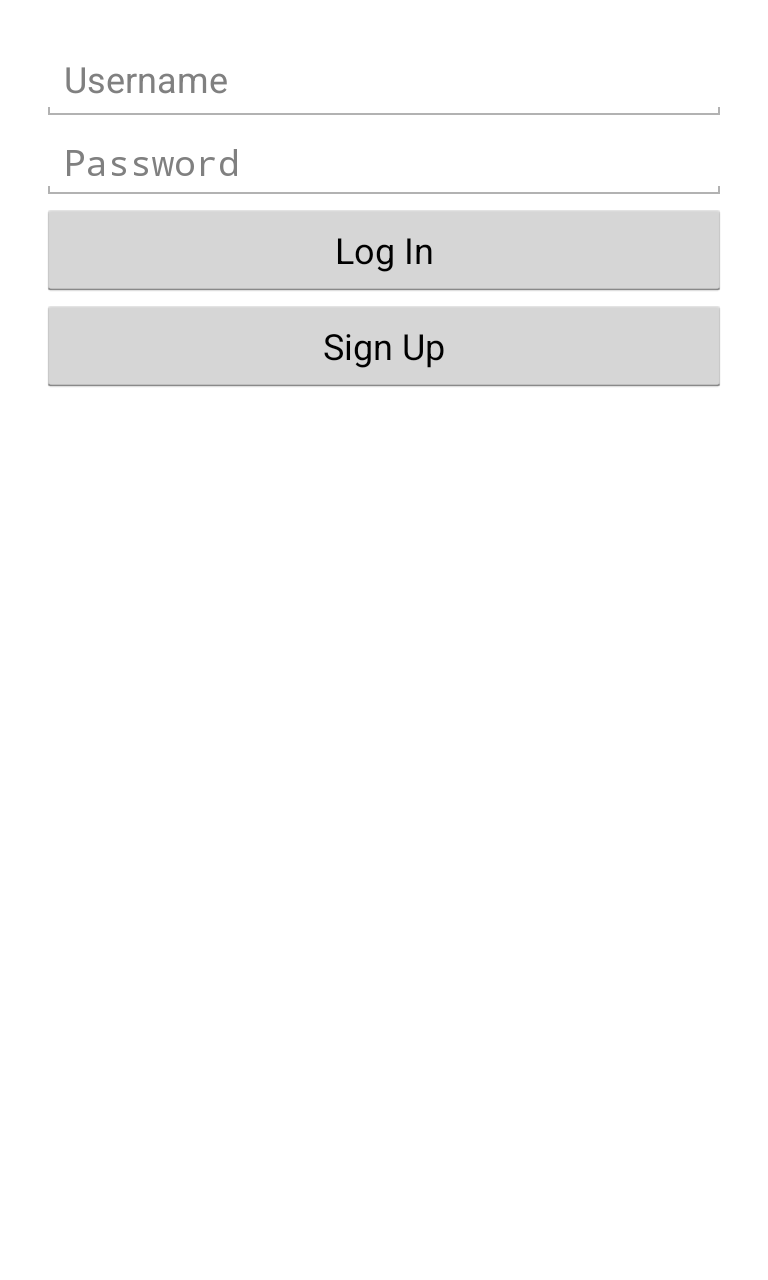
Repository: efreestone/CPM_Freestone
Layout: Project1Android/res/layout/activity_login.xml
The author's editor kept a copy of each file at every save. The layout is drawn from the files as they stood at one save, then again after the next save.
It is drawn on a 768 x 1280 px phone screen (xhdpi) without system bars, with theme AppTheme; the app's code is not run.

Above is the layout before, as saved 2014-10-02 01:01:11.

### Project1Android/res/layout/activity_login.xml
<RelativeLayout xmlns:android="http://schemas.android.com/apk/res/android"
    android:layout_width="fill_parent"
    android:layout_height="fill_parent"
    android:orientation="vertical"
    android:padding="20dp" >

    <EditText
        android:id="@+id/usernameEditText"
        android:layout_width="fill_parent"
        android:layout_height="wrap_content"

        android:hint="@string/usernameTitleText"
        android:paddingBottom="10dp"
        android:inputType="text" />

    <EditText
        android:id="@+id/passwordEditText"
        android:layout_width="fill_parent"
        android:layout_height="wrap_content"
        android:layout_below="@id/usernameEditText"
        android:hint="@string/passwordTitleText"
        android:inputType="textPassword" />

    <Button
        android:id="@+id/loginButton"
        android:layout_width="fill_parent"
        android:layout_height="wrap_content"
        android:layout_below="@id/passwordEditText"
        android:text="@string/loginButtonText" />

    <Button
        android:id="@+id/signupButton"
        android:layout_width="fill_parent"
        android:layout_height="wrap_content"
        android:layout_below="@id/loginButton"
        android:text="@string/signupButtonText" />

</RelativeLayout>

### Project1Android/res/values/strings.xml
<?xml version="1.0" encoding="utf-8"?>
<resources>

    <string name="app_name">Project1Android</string>
    <string name="hello_world">Hello world!</string>
    <string name="action_settings">Settings</string>
    <string name="newPlusButton">New Client</string>
    <string name="logoutButtonText">Log Out</string>

    <string name="loginButtonText">Log In</string>
    <string name="signupButtonText">Sign Up</string>

    <string name="usernameTitleText">Username</string>
    <string name="passwordTitleText">Password</string>
</resources>

Loaded but not shown: Project1Android/res/values/styles.xml (common file); Project1Android/res/values-v11/styles.xml (common file); Project1Android/res/values-v14/styles.xml (common file)

After the next save:
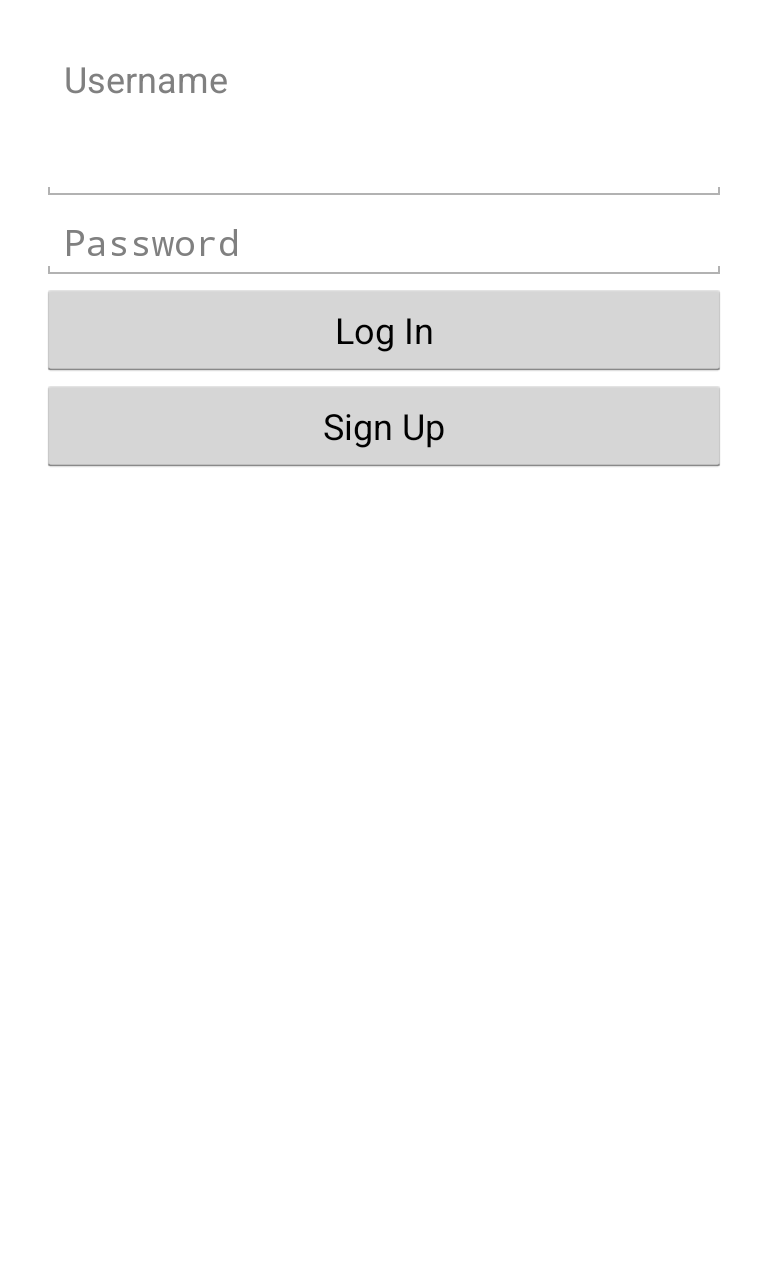
Saved 30 s later.
--- a/Project1Android/res/layout/activity_login.xml
+++ b/Project1Android/res/layout/activity_login.xml
@@ -8,9 +8,8 @@
         android:id="@+id/usernameEditText"
         android:layout_width="fill_parent"
         android:layout_height="wrap_content"
-
         android:hint="@string/usernameTitleText"
-        android:paddingBottom="10dp"
+        android:paddingBottom="50dp"
         android:inputType="text" />
 
     <EditText
